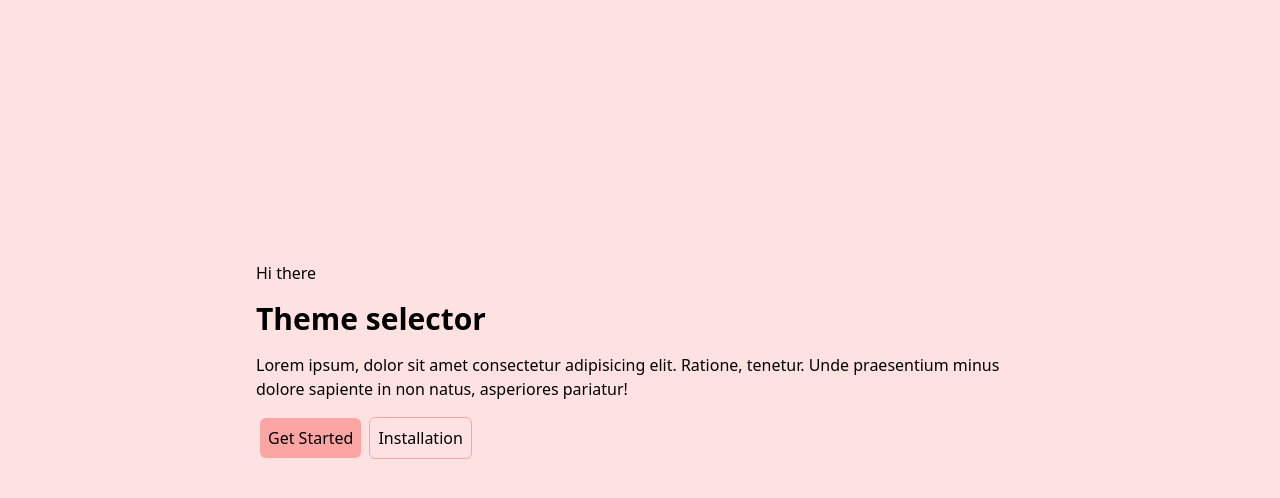
Repository: prince-bansal/tailwind-theme-switcher
Page: /
An editor plug-in stored every save of this project. The page is shown before and after the next save, followed by the edit.
The browser window is 1280 px wide. The pictures show the whole page.
The project was rebuilt for these pictures with package versions that can differ from the ones it lists, and the page was loaded fresh each time. Also part of the build but not shown: vite.config.ts, src/App.css.

Above is the page before, as saved 2024-03-17 19:09:29.

### src/App.tsx
import './App.css'

function App() {

  return (
    <div className="bg-red-100 min-h-screen flex items-center justify-center">
      <div className='w-[60%] m-auto'>
        <p>Hi there</p>
        <h1 className="text-3xl my-4 font-bold">Theme selector</h1>
        <p>
          Lorem ipsum, dolor sit amet consectetur adipisicing elit. Ratione,
          tenetur. Unde praesentium minus dolore sapiente in non natus,
          asperiores pariatur!
        </p>
        <button className="mt-4 bg-red-300 p-2 mx-1 rounded-md">Get Started</button>
        <button className="mt-4 border-red-300 border p-2 mx-1 rounded-md">Installation</button>

      </div>{" "}
    </div>
  );
}

export default App

Loaded but not shown: index.html (common file); src/main.tsx (common file); src/index.css (common file); tailwind.config.js (common file)

After the next save:
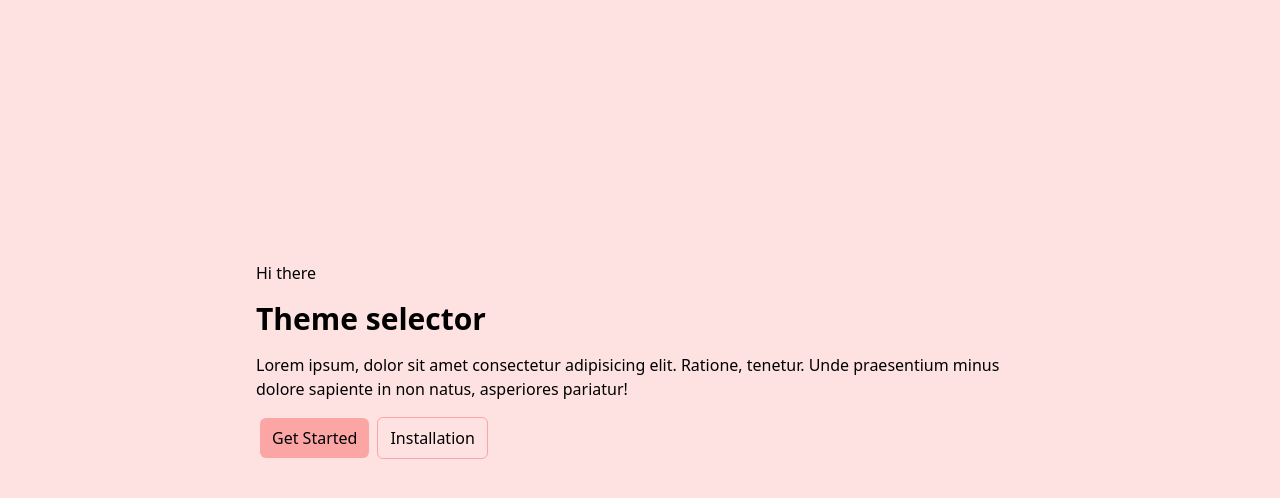
Saved 8 s later.
--- a/src/App.tsx
+++ b/src/App.tsx
@@ -12,8 +12,8 @@ function App() {
           tenetur. Unde praesentium minus dolore sapiente in non natus,
           asperiores pariatur!
         </p>
-        <button className="mt-4 bg-red-300 p-2 mx-1 rounded-md">Get Started</button>
-        <button className="mt-4 border-red-300 border p-2 mx-1 rounded-md">Installation</button>
+        <button className="mt-4 bg-red-300 p-2 px-3 mx-1 rounded-md">Get Started</button>
+        <button className="mt-4 border-red-300 border p-2 px-3 mx-1 rounded-md">Installation</button>
 
       </div>{" "}
     </div>
